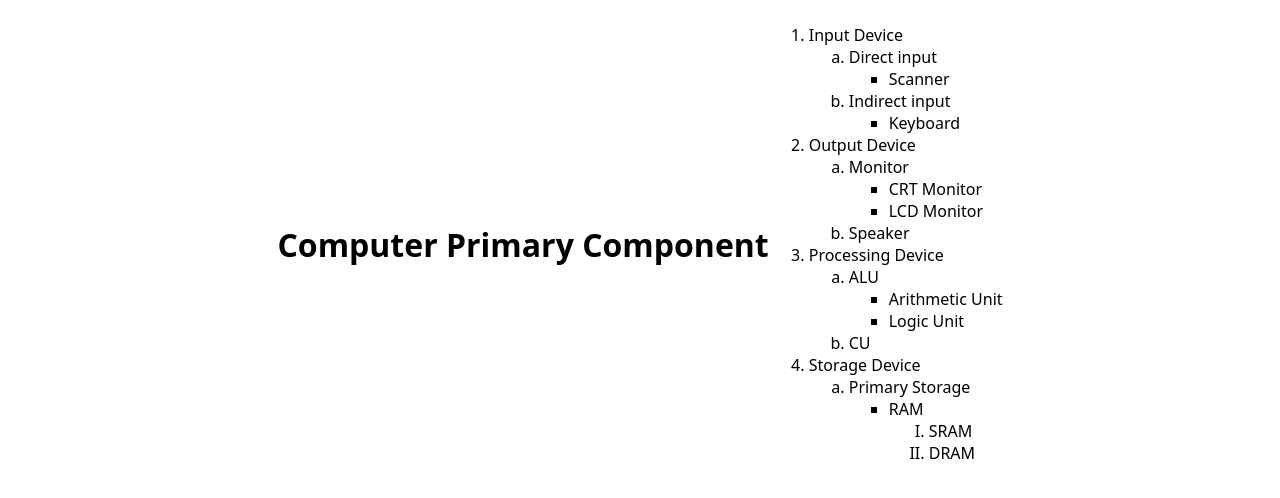
Repository: SharonSebastian32/Nested_List_in_html
Page: index.html
The author's editor kept a copy of each file at every save. The page is drawn from the files as they stood at one save, then again after a run of saves.
The browser window is 1280 px wide. The pictures show the whole page.

Above is the page before, as saved 2024-09-01 07:46:30.

### index.html
<!DOCTYPE html>
<html lang="en">
  <head>
    <meta charset="UTF-8" />
    <meta name="viewport" content="width=device-width, initial-scale=1.0" />
    <title>Document</title>
    <link rel="stylesheet" href="./Styles/Styles.css" />
  </head>
  <body>
    <div style="display: flex; justify-content: center; align-items: center">
      <h1>Computer Primary Component</h1>
      <ol>
        <li>Input Device</li>
        <ol type="a">
          <li>Direct input</li>
          <ul style="list-style-type: square">
            <li>Scanner</li>
          </ul>
          <li>Indirect input</li>
          <ul>
            <li>Keyboard</li>
          </ul>
        </ol>
        <li>Output Device</li>
        <ol type="a">
          <li>Monitor</li>
          <ul>
            <li>CRT Monitor</li>
            <li>LCD Monitor</li>
          </ul>
          <li>Speaker</li>
        </ol>
        <li>Processing Device</li>
        <ol type="a">
          <li>ALU</li>
          <ul>
            <li>Arithmetic Unit</li>
            <li>Logic Unit</li>
          </ul>
          <ul></ul>
          <li>CU</li>
        </ol>
        <li>Storage Device</li>
        <ol type="a">
          <li>Primary Storage</li>
          <ul>
            <li>RAM</li>
            <ol type="I">
              <li>SRAM</li>
              <li>DRAM</li>
            </ol>
          </ul>
        </ol>
      </ol>
    </div>
  </body>
</html>

### Styles/Styles.css
*{
    font-family: system-ui, -apple-system, BlinkMacSystemFont, 'Segoe UI', Roboto, Oxygen, Ubuntu, Cantarell, 'Open Sans', 'Helvetica Neue', sans-serif;

}

After the next 5 saves:
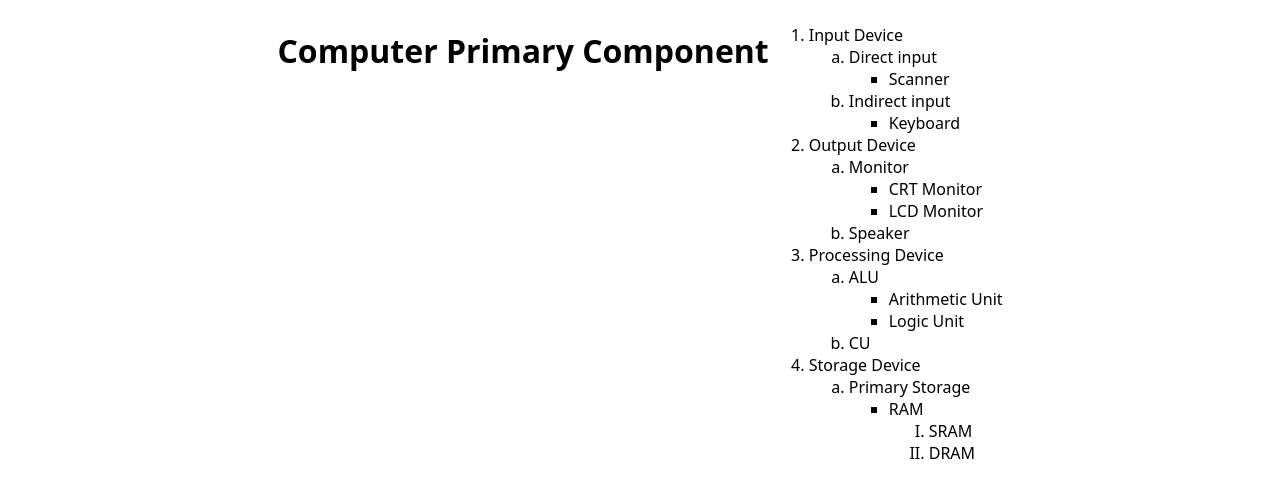
The 5 saves are shown as one change because they came seconds apart.
The last was saved 34 s later.
--- a/index.html
+++ b/index.html
@@ -7,7 +7,7 @@
     <link rel="stylesheet" href="./Styles/Styles.css" />
   </head>
   <body>
-    <div style="display: flex; justify-content: center; align-items: center">
+    <div style="display: flex; justify-content: center; align-items: center fl">
       <h1>Computer Primary Component</h1>
       <ol>
         <li>Input Device</li>

After the 2 saves that followed:
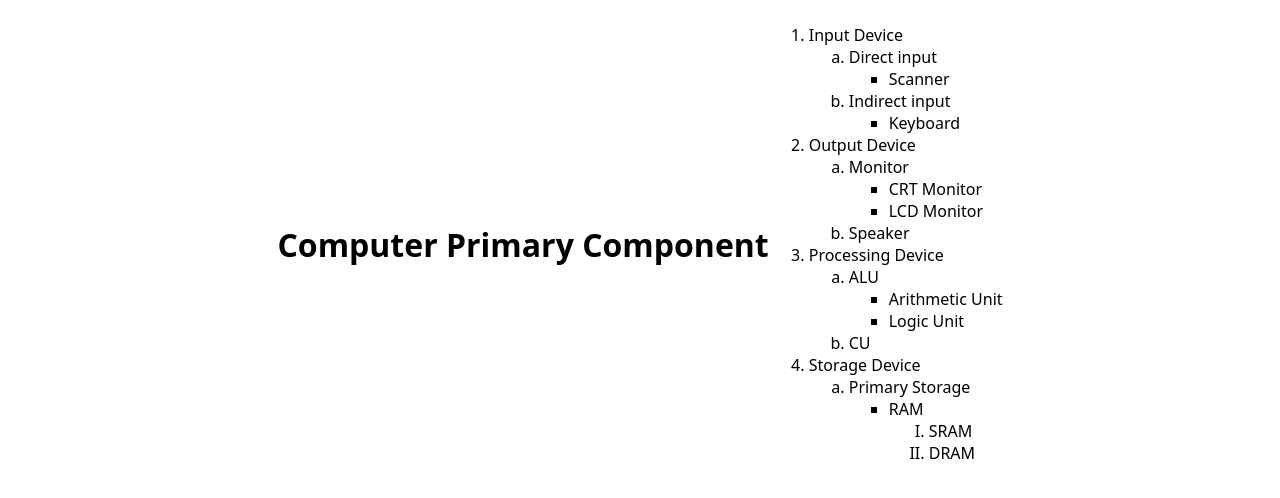
The 2 saves are shown as one change because they came seconds apart.
The last was saved 9 s later.
--- a/index.html
+++ b/index.html
@@ -7,7 +7,7 @@
     <link rel="stylesheet" href="./Styles/Styles.css" />
   </head>
   <body>
-    <div style="display: flex; justify-content: center; align-items: center fl">
+    <div style="display: flex; justify-content: center; align-items: center; flex-direction: ;">
       <h1>Computer Primary Component</h1>
       <ol>
         <li>Input Device</li>
